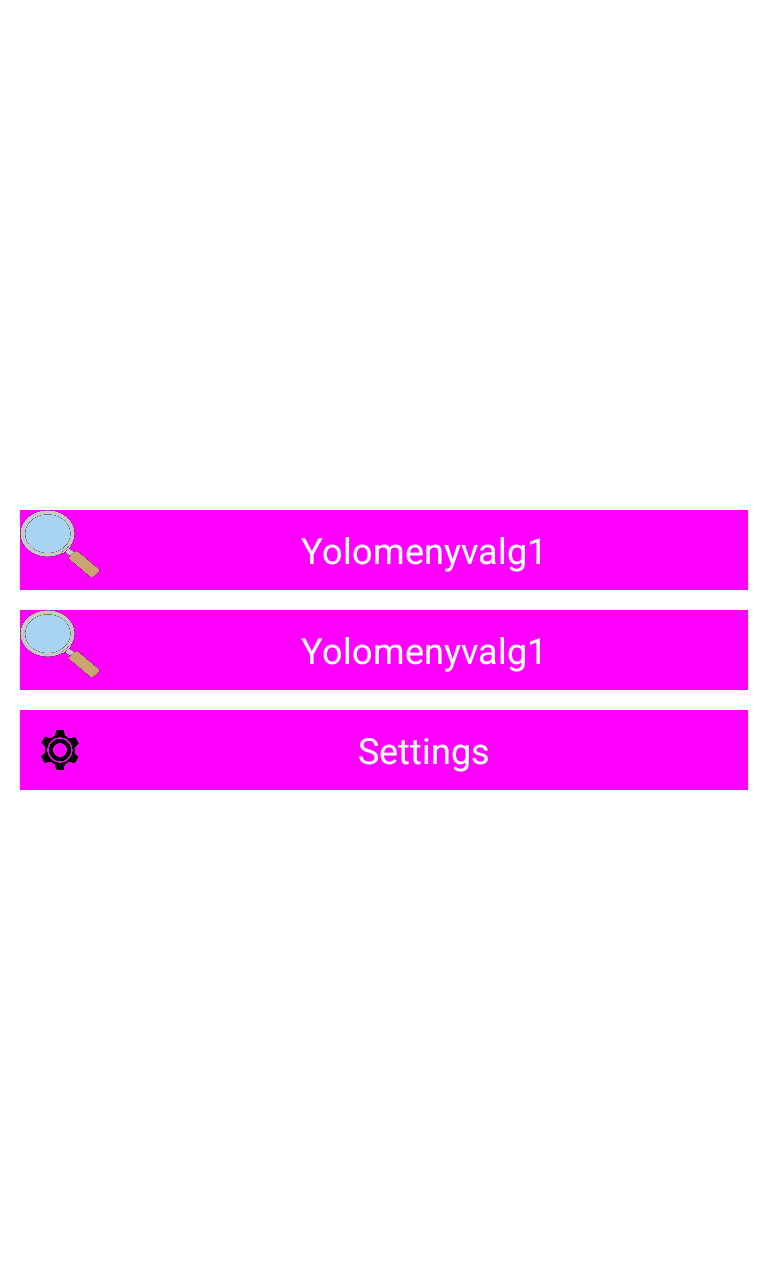
Repository: pumalove/workspace
Layout: MainActivity/res/layout/gridview.xml
The author's editor kept a copy of each file at every save. The layout is drawn from the files as they stood at one save, then again after the next save.
It is drawn on a 768 x 1280 px phone screen (xhdpi) without system bars, with theme AppTheme; the app's code is not run. Lists and similar views that code fills are empty.

Above is the layout before, as saved 2014-03-18 10:46:52.

### MainActivity/res/layout/gridview.xml
<?xml version="1.0" encoding="utf-8"?>
<LinearLayout xmlns:android="http://schemas.android.com/apk/res/android"
    android:layout_width="match_parent"
    android:layout_height="wrap_content"
    android:orientation="vertical"
    android:padding="10dp">

    <LinearLayout
        android:layout_marginBottom="20dp"
        android:layout_width="fill_parent"
        android:layout_height="wrap_content">

        <GridView
            android:id="@+id/gridview"
            android:layout_width="fill_parent"
            android:layout_height="225dp"
            android:columnWidth="90dp"
            android:numColumns="auto_fit"
            android:verticalSpacing="5dp"
            android:horizontalSpacing="5dp"
            android:stretchMode="columnWidth"
            android:gravity="center"
            />
	</LinearLayout>


    <LinearLayout
        android:id="@+id/linearlayout2"
        android:layout_width="fill_parent"
        android:layout_height="wrap_content"
        android:layout_gravity="center"
        android:orientation="vertical"
        android:layout_below="@id/gridview">

        <LinearLayout
            android:id="@+id/customButton1"
            android:layout_width="fill_parent"
            android:layout_height="wrap_content"
            android:layout_marginBottom="10dp"
            android:orientation="horizontal"
            android:clickable="true"
            android:focusable="true"
            android:background="@drawable/custom_buttons"
            >

            <ImageView
                android:id="@+id/imageView1"
                android:layout_width="40dp"
                android:layout_height="40dp"
                android:scaleType="centerCrop"
                android:src="@drawable/sample_0" />

			<LinearLayout
			    android:layout_width="fill_parent"
            	android:layout_height="wrap_content"
            	android:gravity="center"
            	android:layout_gravity="center" >
            	<TextView
                	android:layout_width="wrap_content"
                	android:layout_height="wrap_content"
                	android:layout_gravity="center"
                	android:text="Yolomenyvalg1"
                	android:textColor="#FFFFFF"
                	android:textSize="18dp"/>
			</LinearLayout>
		</LinearLayout>


        <LinearLayout
            android:id="@+id/customButton2"
            android:layout_width="fill_parent"
            android:layout_height="wrap_content"
            android:layout_marginBottom="10dp"
            android:orientation="horizontal"
            android:gravity="center"
            android:clickable="true"
            android:focusable="true"
            android:background="@drawable/custom_buttons"
            >

            <ImageView
                android:id="@+id/imageView2"
                android:layout_width="40dp"
                android:layout_height="40dp"
                android:scaleType="centerCrop"
                android:src="@drawable/sample_0" />

           <LinearLayout
			    android:layout_width="fill_parent"
            	android:layout_height="wrap_content"
            	android:gravity="center"
            	android:layout_gravity="center" >
            	<TextView
                	android:layout_width="wrap_content"
                	android:layout_height="wrap_content"
                	android:layout_gravity="center"
                	android:text="Yolomenyvalg1"
                	android:textColor="#FFFFFF"
                	android:textSize="18dp"/>
			</LinearLayout>

        </LinearLayout>

        <LinearLayout
            android:id="@+id/customButton3"
            android:layout_width="fill_parent"
            android:layout_height="wrap_content"
            android:layout_marginBottom="10dp"
            android:orientation="horizontal"
            android:gravity="center"
            android:clickable="true"
            android:focusable="true"
            android:background="@drawable/custom_buttons"
            >

            <ImageView
                android:id="@+id/imageView3"
                android:layout_width="40dp"
                android:layout_height="40dp"
                android:scaleType="centerCrop"
                android:src="@drawable/settings"
                android:padding="10dp" />

            <LinearLayout
			    android:layout_width="fill_parent"
            	android:layout_height="wrap_content"
            	android:gravity="center"
            	android:layout_gravity="center" >
            	<TextView
                	android:layout_width="wrap_content"
                	android:layout_height="wrap_content"
                	android:layout_gravity="center"
                	android:text="@string/action_settings"
                	android:textColor="#FFFFFF"
                	android:textSize="18dp"/>
			</LinearLayout>

        </LinearLayout>
    </LinearLayout>



</LinearLayout>

### MainActivity/res/values/styles.xml
<resources xmlns:android="http://schemas.android.com/apk/res/android">

    <!--
        Base application theme, dependent on API level. This theme is replaced
        by AppBaseTheme from res/values-vXX/styles.xml on newer devices.
    -->
    <style name="AppBaseTheme" parent="android:Theme.Light">
        <!--
            Theme customizations available in newer API levels can go in
            res/values-vXX/styles.xml, while customizations related to
            backward-compatibility can go here.
        -->
    </style>

    <!-- Application theme. -->
    <style name="AppTheme" parent="AppBaseTheme">
        <!-- All customizations that are NOT specific to a particular API-level can go here. -->
    </style>

</resources>

### MainActivity/res/values-v11/styles.xml
<resources>

    <!--
        Base application theme for API 11+. This theme completely replaces
        AppBaseTheme from res/values/styles.xml on API 11+ devices.
    -->
    <style name="AppBaseTheme" parent="android:Theme.Holo.Light">
        <!-- API 11 theme customizations can go here. -->
    </style>

</resources>

### MainActivity/res/drawable/custom_buttons.xml
<?xml version="1.0" encoding="utf-8"?>
<selector xmlns:android="http://schemas.android.com/apk/res/android">

  <item android:state_pressed="true" >
    <shape>
      <solid android:color="#FF0000" />
    </shape>
  </item>

  <item android:state_focused="true" >
    <shape>
      <solid android:color="#DDDDDD" />
    </shape>
  </item>

  <item>
    <shape>
      <solid android:color="#FF00FF" />
    </shape>
  </item>

</selector>

### MainActivity/res/values/strings.xml
<?xml version="1.0" encoding="utf-8"?>
<resources>

    <string name="app_name">intelligenceTest</string>
    <string name="action_settings">Settings</string>
    <string name="title_section1">Section 1</string>
    <string name="title_section2">Section 2</string>
    <string name="title_section3">Section 3</string>
    <string name="scan_only_qr_codes">Scan Only QR Codes</string>
    <string name="scan">Scan</string>

</resources>

After the next save:
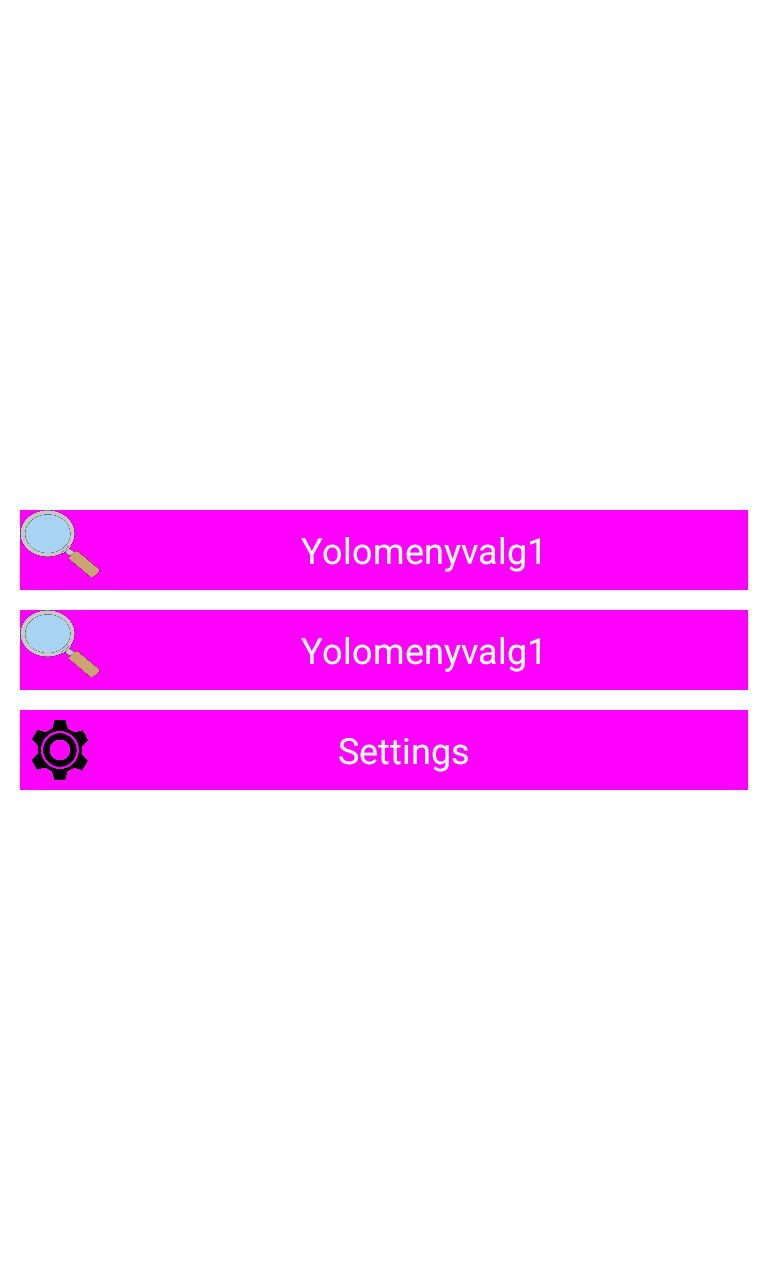
Saved 60 s later.
--- a/MainActivity/res/layout/gridview.xml
+++ b/MainActivity/res/layout/gridview.xml
@@ -119,7 +119,7 @@
                 android:layout_height="40dp"
                 android:scaleType="centerCrop"
                 android:src="@drawable/settings"
-                android:padding="10dp" />
+                android:padding="5dp" />
 
             <LinearLayout
 			    android:layout_width="fill_parent"
@@ -132,7 +132,8 @@
                 	android:layout_gravity="center"
                 	android:text="@string/action_settings"
                 	android:textColor="#FFFFFF"
-                	android:textSize="18dp"/>
+                	android:textSize="18dp"
+                	android:layout_marginRight="20dp"/>
 			</LinearLayout>
 
         </LinearLayout>
